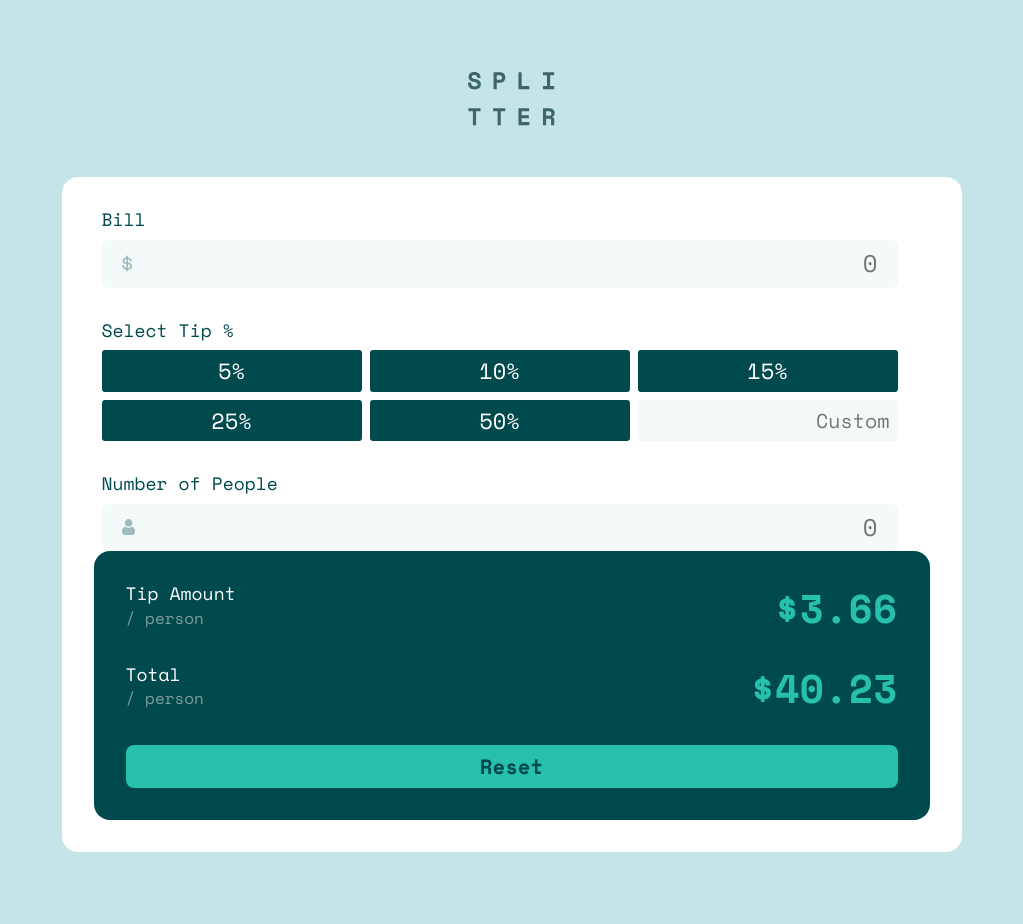
Repository: Jay-JYKim91/FM_tip-calculator
Page: index.html
An editor plug-in stored every save of this project. The page is shown before and after the next save, followed by the edit.
The browser window is 1023 px wide. The pictures show the whole page.

Above is the page before, as saved 2021-12-23 13:09:31.

After the next save:
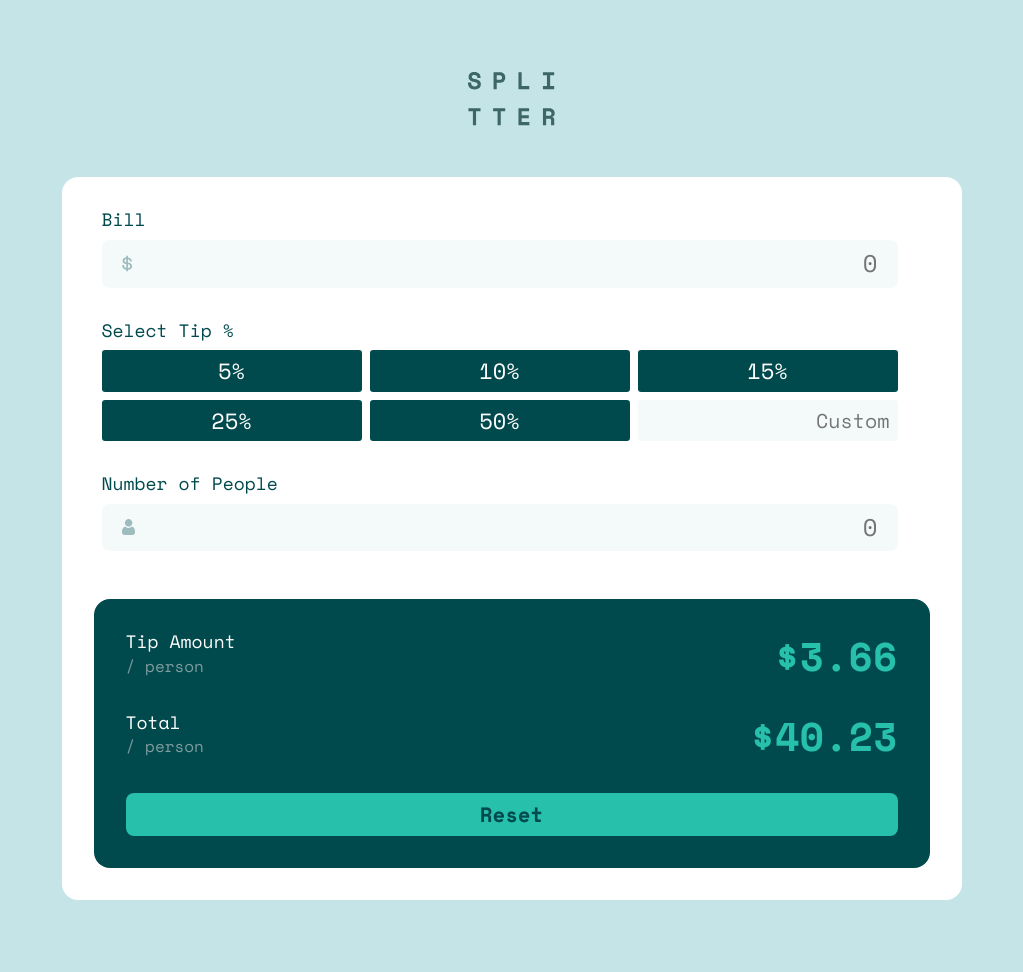
Saved 41 s later.
--- a/style.css
+++ b/style.css
@@ -161,6 +161,9 @@ header {
   .calculator_wrapper {
     flex-direction: column;
   }
+  .result_wrapper {
+    margin-top: 3rem;
+  }
 }
 
 /* Mobile size */
